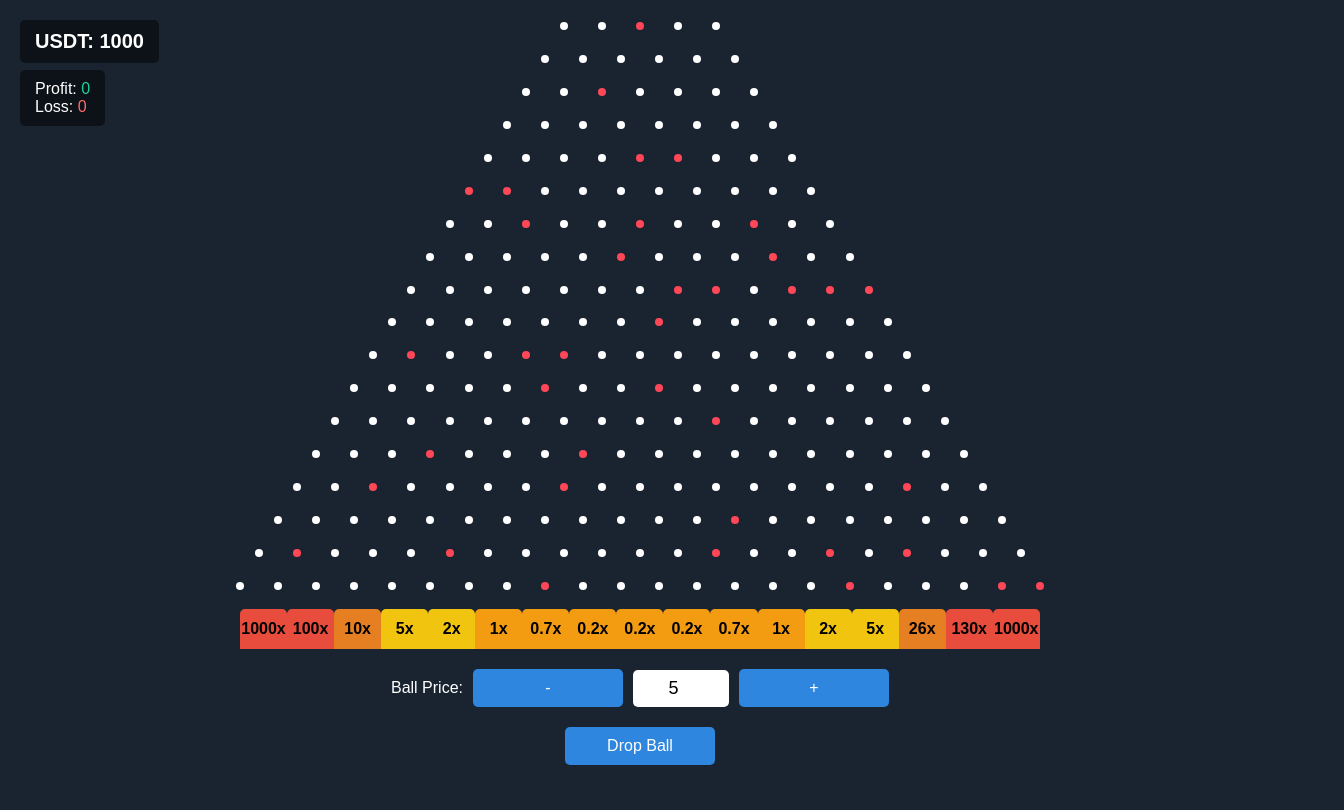
Repository: daffa-alif/PLINKO-JS
Page: index.html
These files come from the project's save history. The page is drawn as it stood at one moment and after a run of saves; the edit follows.
The browser window is 1280 px wide. The page is 1280 px wide, then 1344 px, then 1280 px, so the pictures cover 1344 px, including what lies to the right of the window. The pictures show the whole page.

Above is the page before, as saved 2025-03-07 08:53:42.

After the next 3 saves:
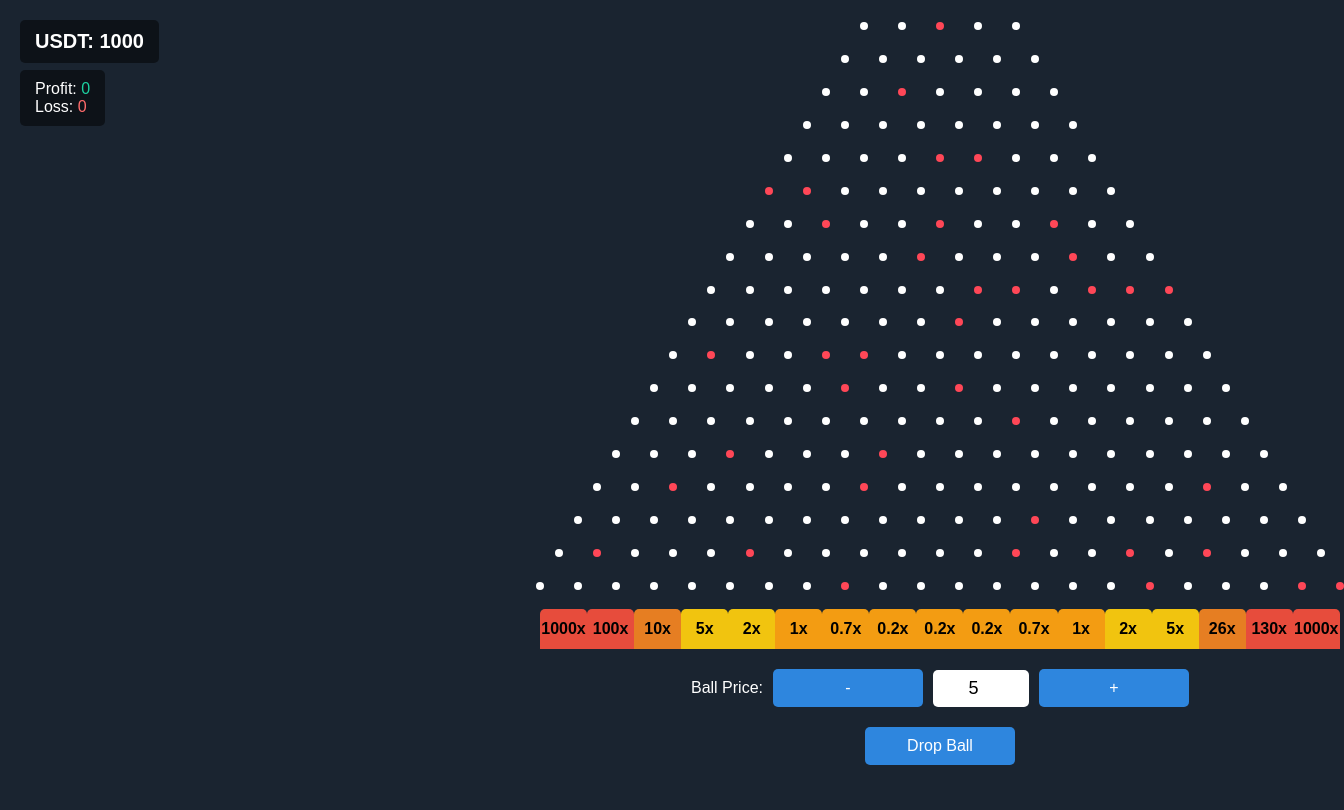
The 3 saves are shown as one change because they came seconds apart.
The last was saved 26 min 24 s later.
--- a/index.html
+++ b/index.html
@@ -183,6 +183,11 @@
     </style>
 </head>
 <body>
+    <header class="bg-blue-600 text-white py-4 shadow-md">
+        <div class="container mx-auto flex justify-between items-center px-4">
+            <a href="#" class="text-2xl font-bold">Brand</a>
+        </div>
+    </header>
     <div class="balance">USDT: <span id="balance">1000</span></div>
     <div class="statistics">
         Profit: <span id="profit" class="profit">0</span><br>

After the 4 saves that followed:
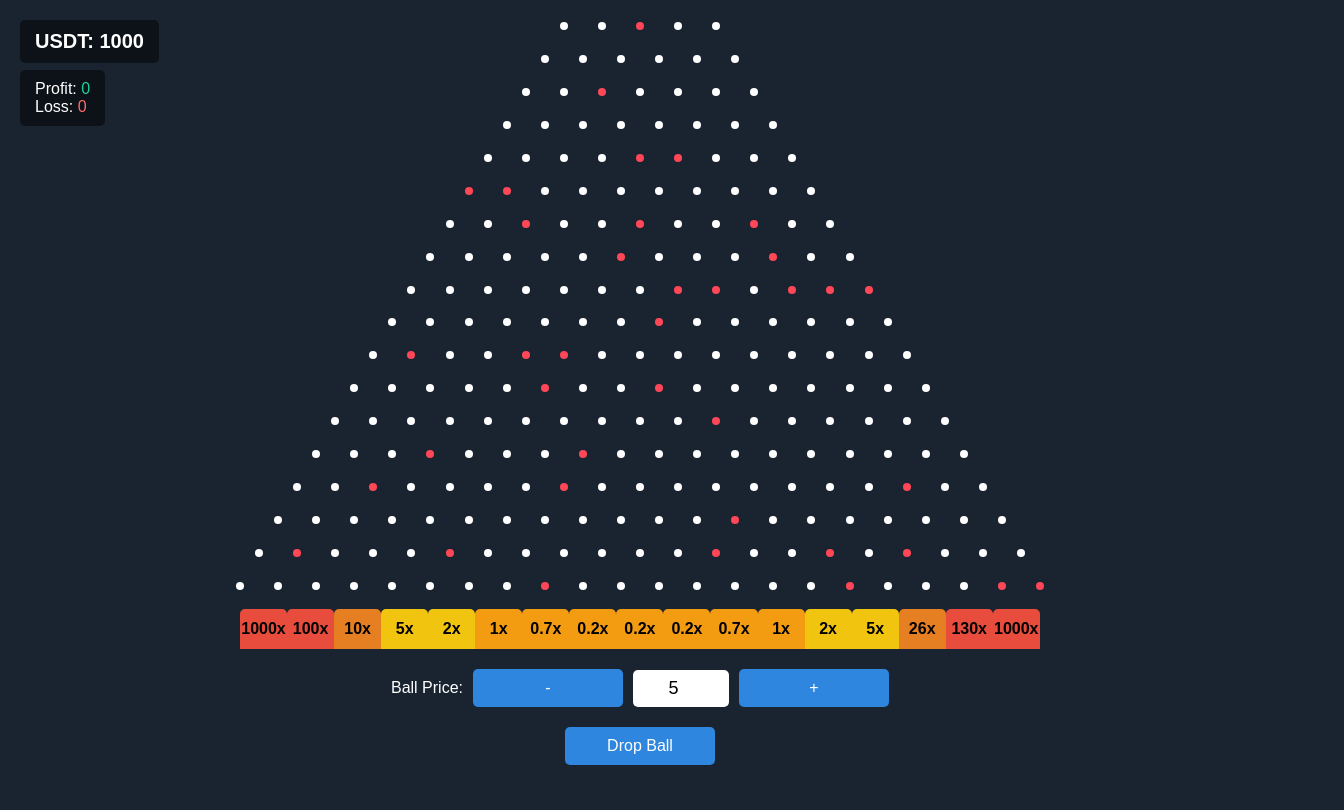
The 4 saves are shown as one change because 1 left the picture as it was and some came seconds apart.
The last was saved 25 s later.
--- a/index.html
+++ b/index.html
@@ -183,11 +183,7 @@
     </style>
 </head>
 <body>
-    <header class="bg-blue-600 text-white py-4 shadow-md">
-        <div class="container mx-auto flex justify-between items-center px-4">
-            <a href="#" class="text-2xl font-bold">Brand</a>
-        </div>
-    </header>
+
     <div class="balance">USDT: <span id="balance">1000</span></div>
     <div class="statistics">
         Profit: <span id="profit" class="profit">0</span><br>
